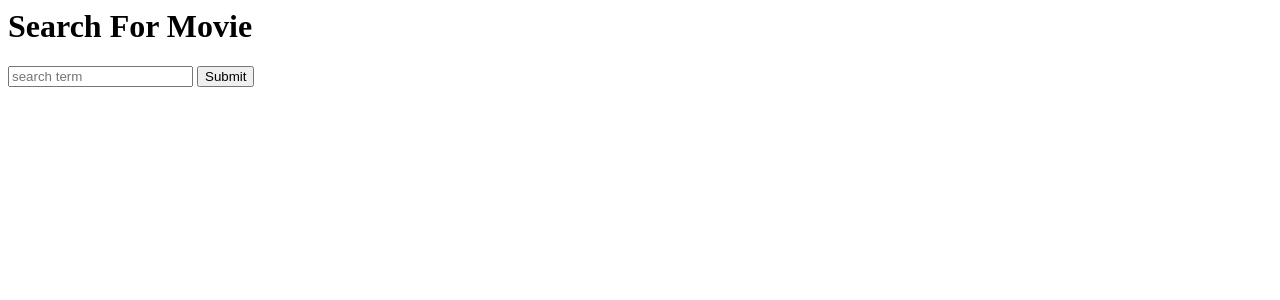
Repository: calyun/WebDevExercises
Page: http://localhost/
The author's editor kept a record of every edit. The page is drawn from the files as they stood at one moment, then again after the next edit.
The browser window is 1280 px wide. The pictures show the whole page.
The page is served by the project's Node server (APIs/app.js).

Above is the page before.

After the next edit:
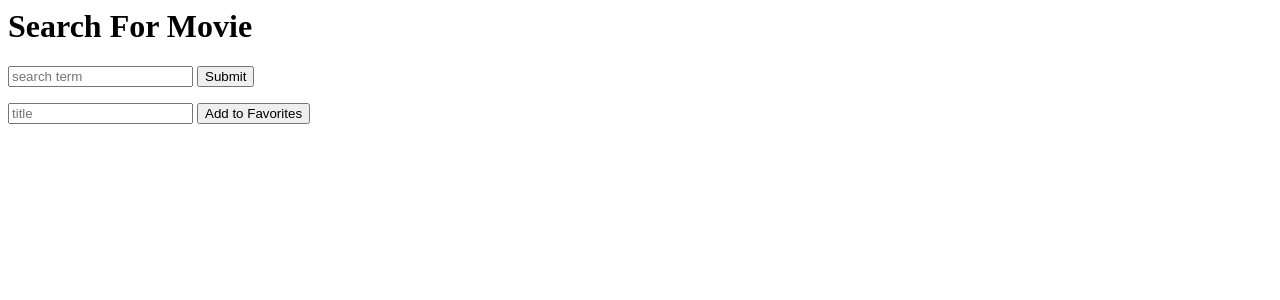
The edit:
--- a/APIs/views/search.ejs
+++ b/APIs/views/search.ejs
@@ -4,3 +4,10 @@
     <input type="text" name="search_term" placeholder="search term">
     <input type="submit">
 </form>
+
+<!-- this form sends a post request to /addfavorite -->
+
+<form action="/addfavorite" method="POST">
+    <input type="text" name="newfavorite" placeholder="title">
+    <button> Add to Favorites </button>
+</form>
